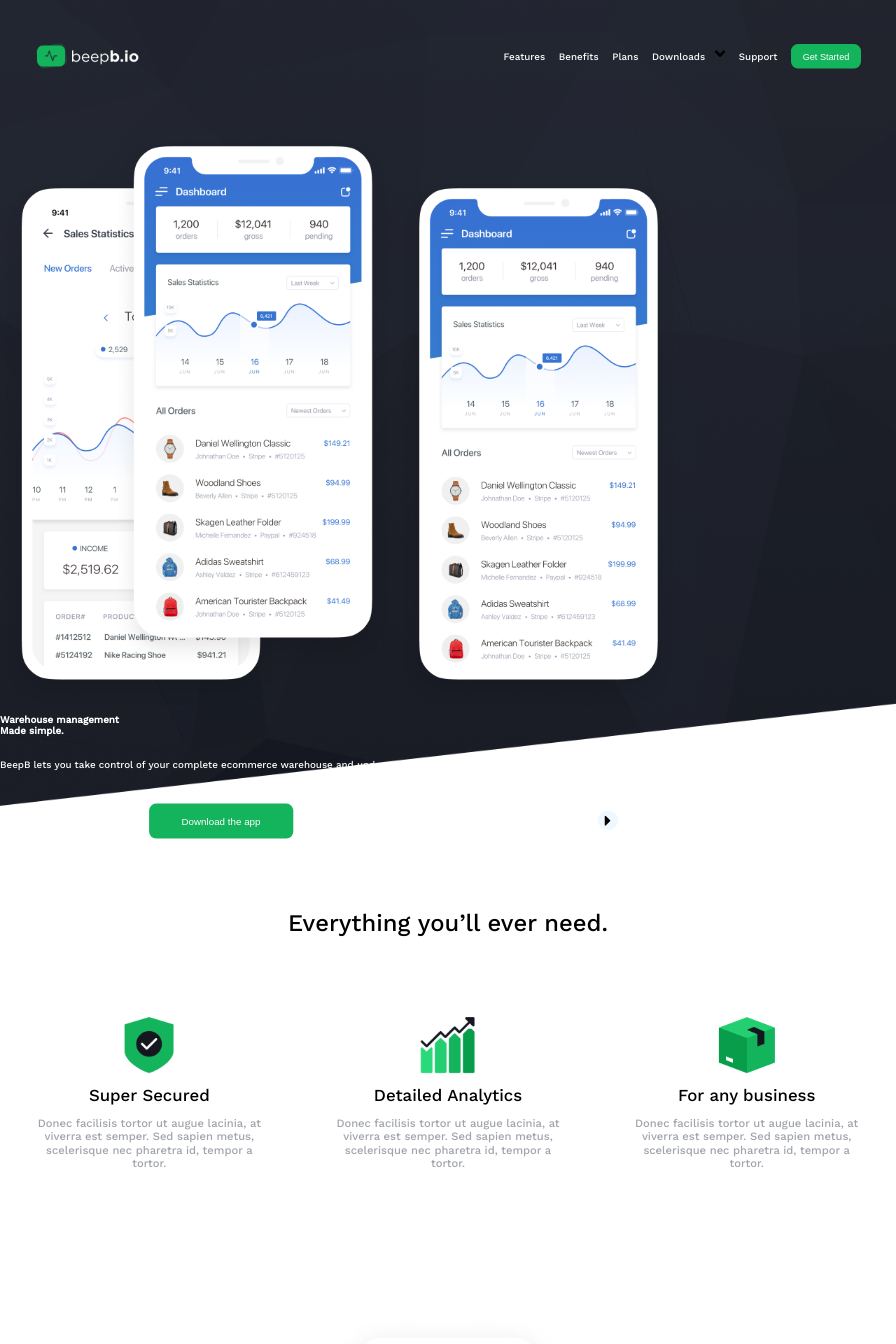
Repository: thinhnguyen347/thinhnguyen347.github.io
Page: cut-html-css/index.html
These files come from the project's save history. The page is drawn as it stood at one moment and after a run of saves; the edit follows.
The browser window is 1280 px wide. The pictures show the part of the page from y = 0 to 1920 px (the page is 4906 px tall before and 5673 px after), at 70% of full size.

Above is the page before, as saved 2021-11-10 19:24:25.

After the next 3 saves:
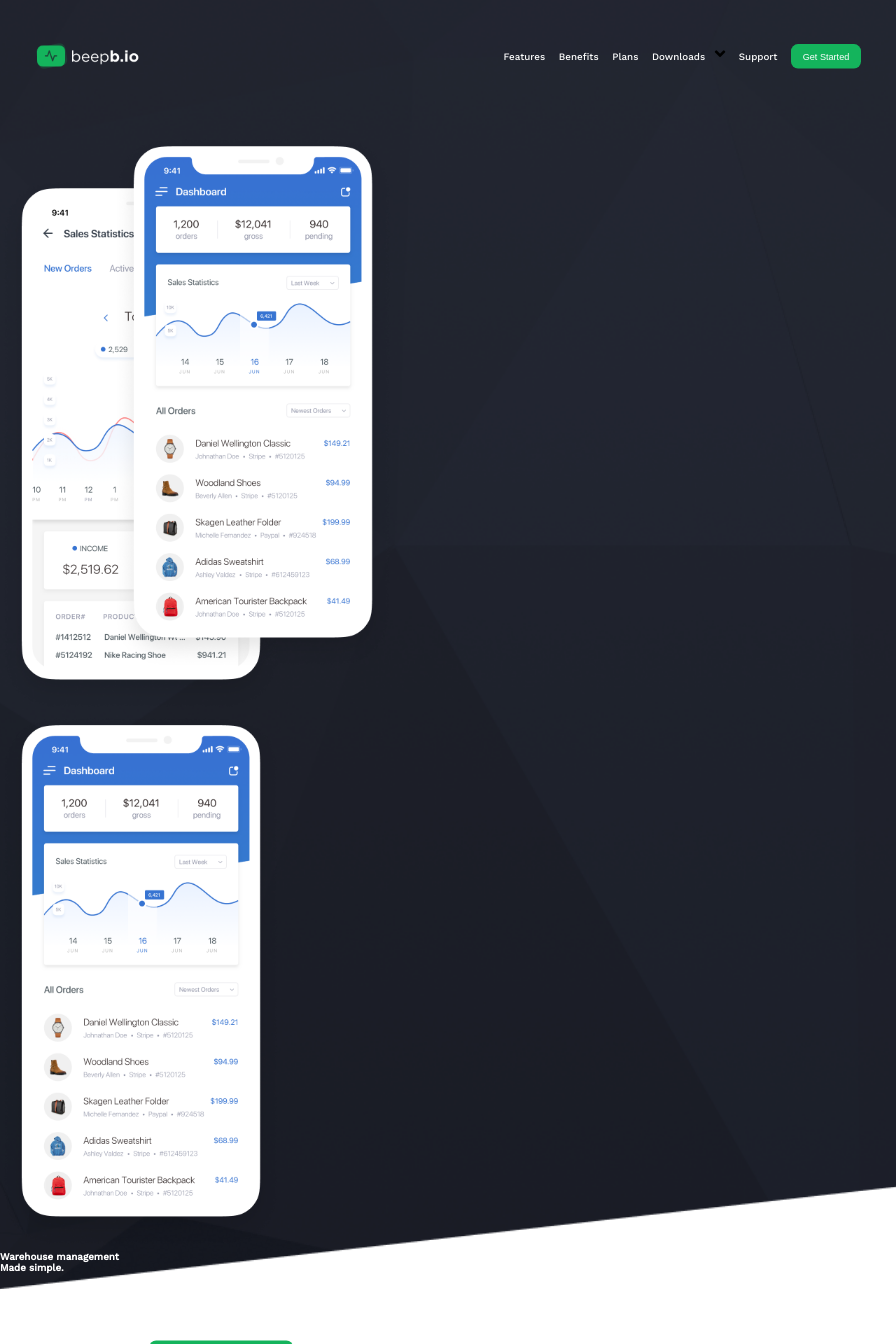
The 3 saves are shown as one change because they came seconds apart.
The last was saved 14 s later.
--- a/cut-html-css/css/style.css
+++ b/cut-html-css/css/style.css
@@ -149,7 +149,7 @@ li.menuitem:hover .drop-down {
 }
 
 .hero-content__img{
-
+  width: min-content;
 }
 
 .download {
